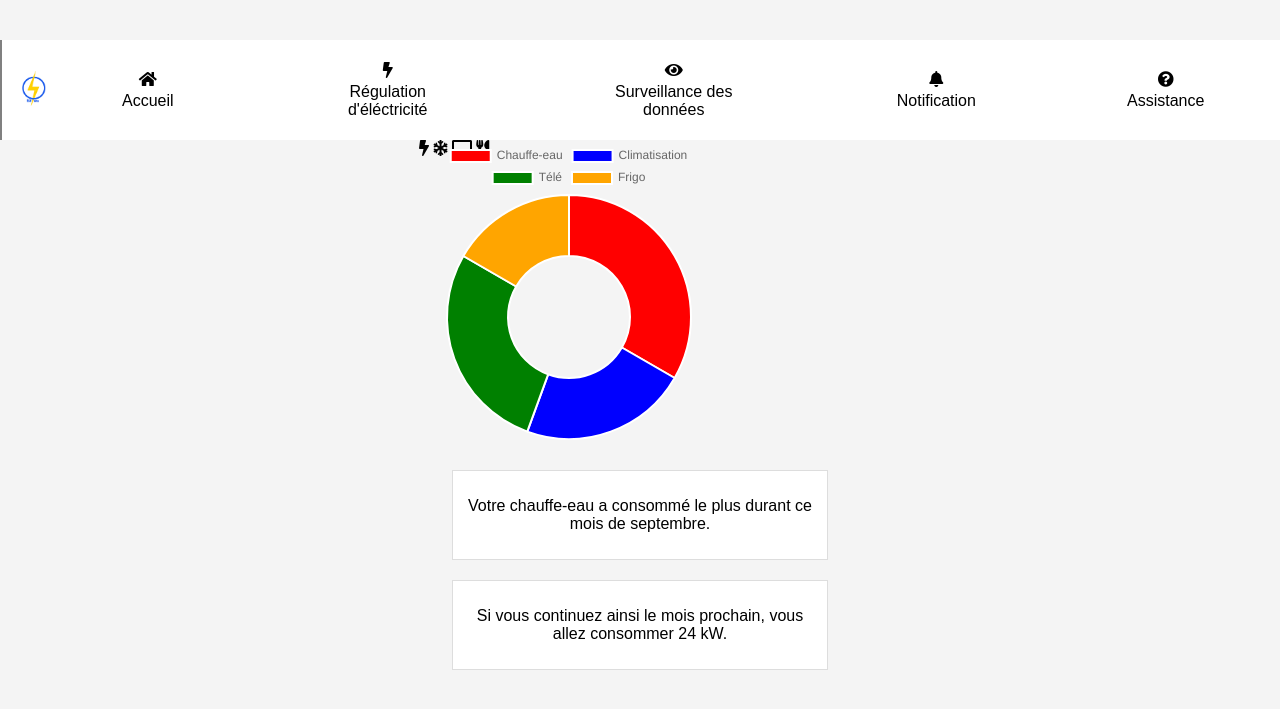
Repository: hamdia200/OSC-Ecowiz
Page: http://localhost/accueil
An editor plug-in stored every save of this project. The page is shown before and after a run of saves, followed by the edit.
The browser window is 1280 px wide. The pictures show the whole page.
The page is served by the project's Laravel application, run on PHP 8.4 with Laravel 10.

Above is the page before, as saved 2023-08-18 14:19:38.

After the next 4 saves:
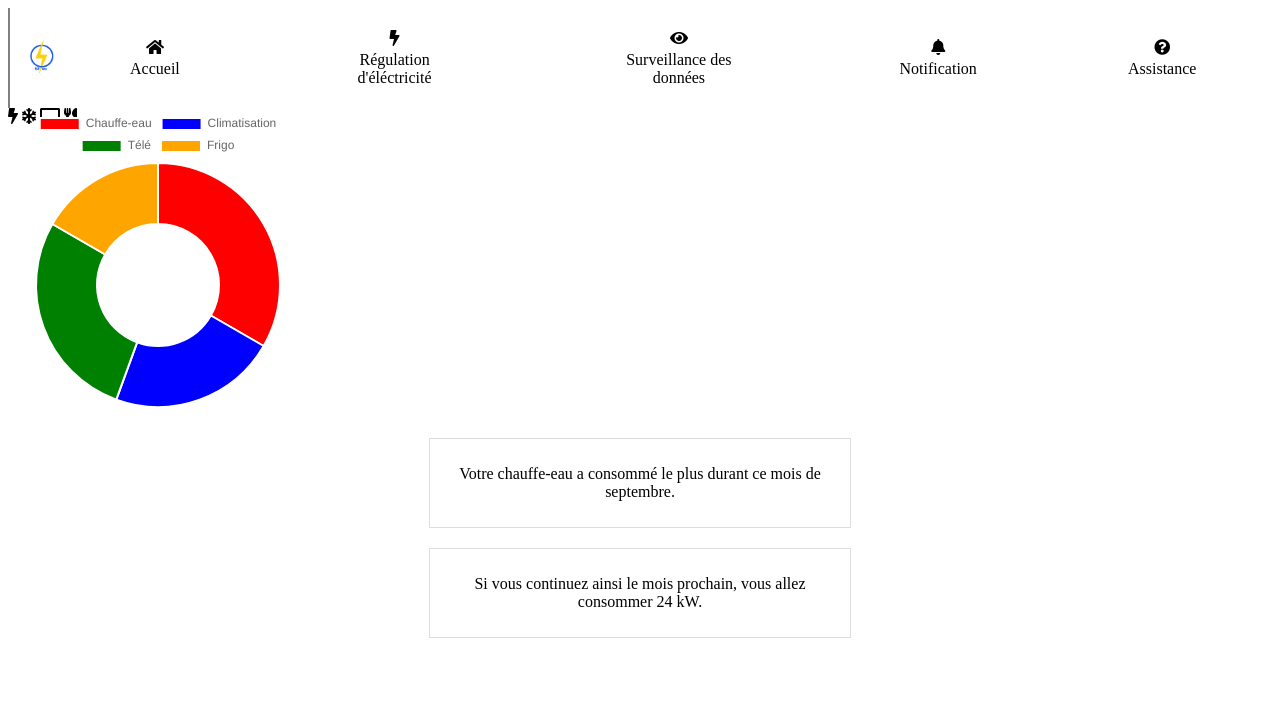
The 4 saves are shown as one change because they came seconds apart.
The last was saved 11 s later.
--- a/resources/views/accueil.blade.php
+++ b/resources/views/accueil.blade.php
@@ -7,19 +7,6 @@
     <script src="https://cdn.jsdelivr.net/npm/chart.js"></script>
     <title>Accueil</title>
     <style>
-
-body {
-            font-family: Arial, sans-serif;
-            margin: 0;
-            padding: 0;
-            background-color: #f4f4f4;
-            display: flex;
-            flex-direction: column;
-            align-items: center;
-            justify-content: center;
-            min-height: 100vh;
-        }
-
         .circle-container {
             position: relative;
             width: 300px;
